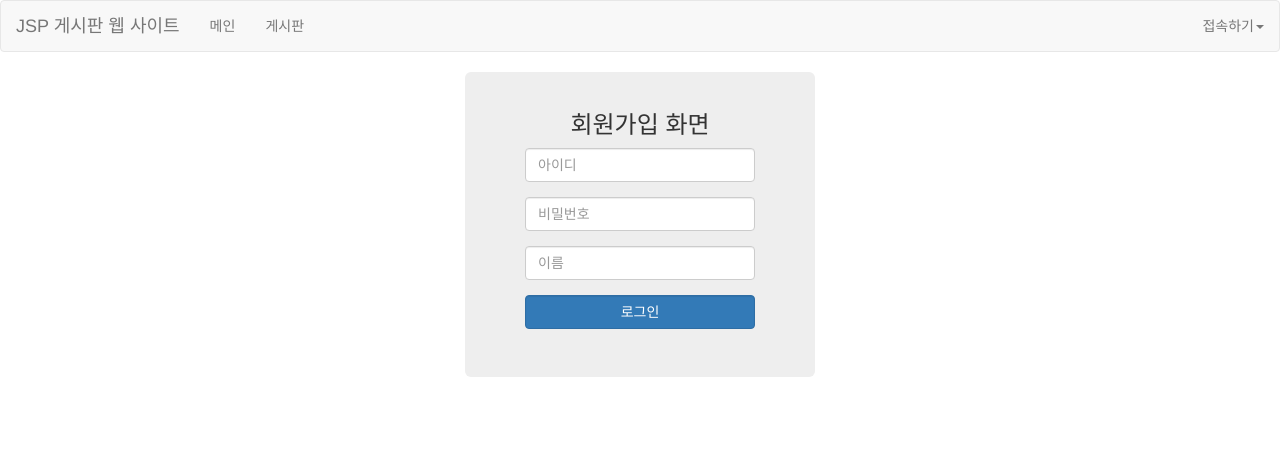
Repository: MinKyeong031/NoticeBoard-JSP-
Page: http://localhost/text/join.jsp
These files come from the project's save history. The page is drawn as it stood at one moment and after the next save; the edit follows.
The browser window is 1280 px wide. The pictures show the whole page.
Some web libraries are served in a nearby version. The page is served by Tomcat 9.

Above is the page before, as saved 2020-10-05 00:35:04.

After the next save:
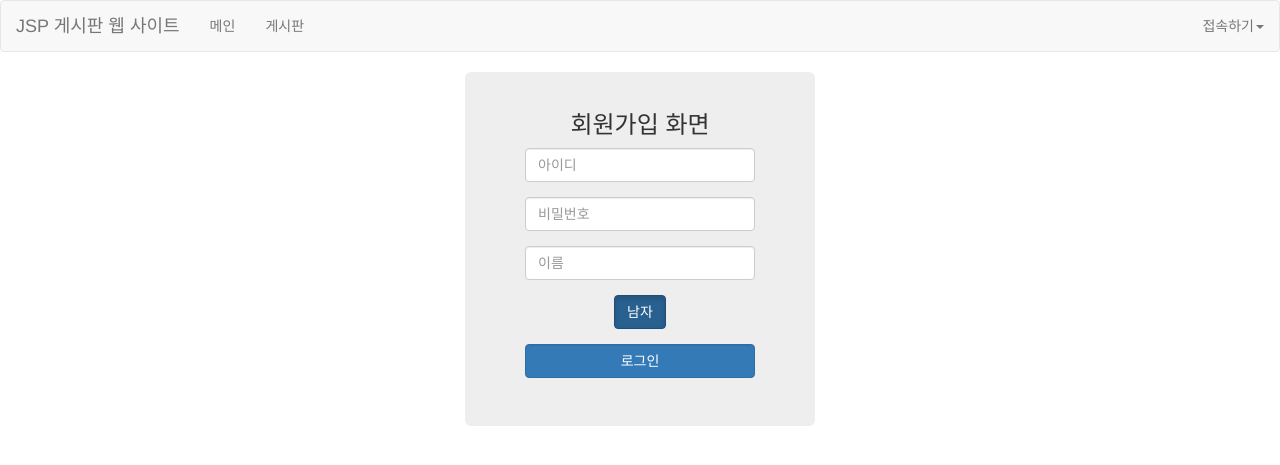
Saved 3 min 39 s later.
--- a/WS/text/WebContent/join.jsp
+++ b/WS/text/WebContent/join.jsp
@@ -53,7 +53,11 @@
 						<input type = "text" class = "form-control" placeholder = "이름" name = "userName" maxlength = "20"/>
 					</div>
 					<div class = "form-group" style = "text-align: center;">
-
+						<div class = "btn-group" data-toggle = "buttons">
+							<label class = "btn btn-primary active">
+								<input type = "radio" name = "userGender" autocomplete = "off" value = "남자">남자
+							</label>
+						</div>
 					</div>
 					<input type = "submit" class = "btn btn-primary form-control" value = "로그인"/>
 				</form>
